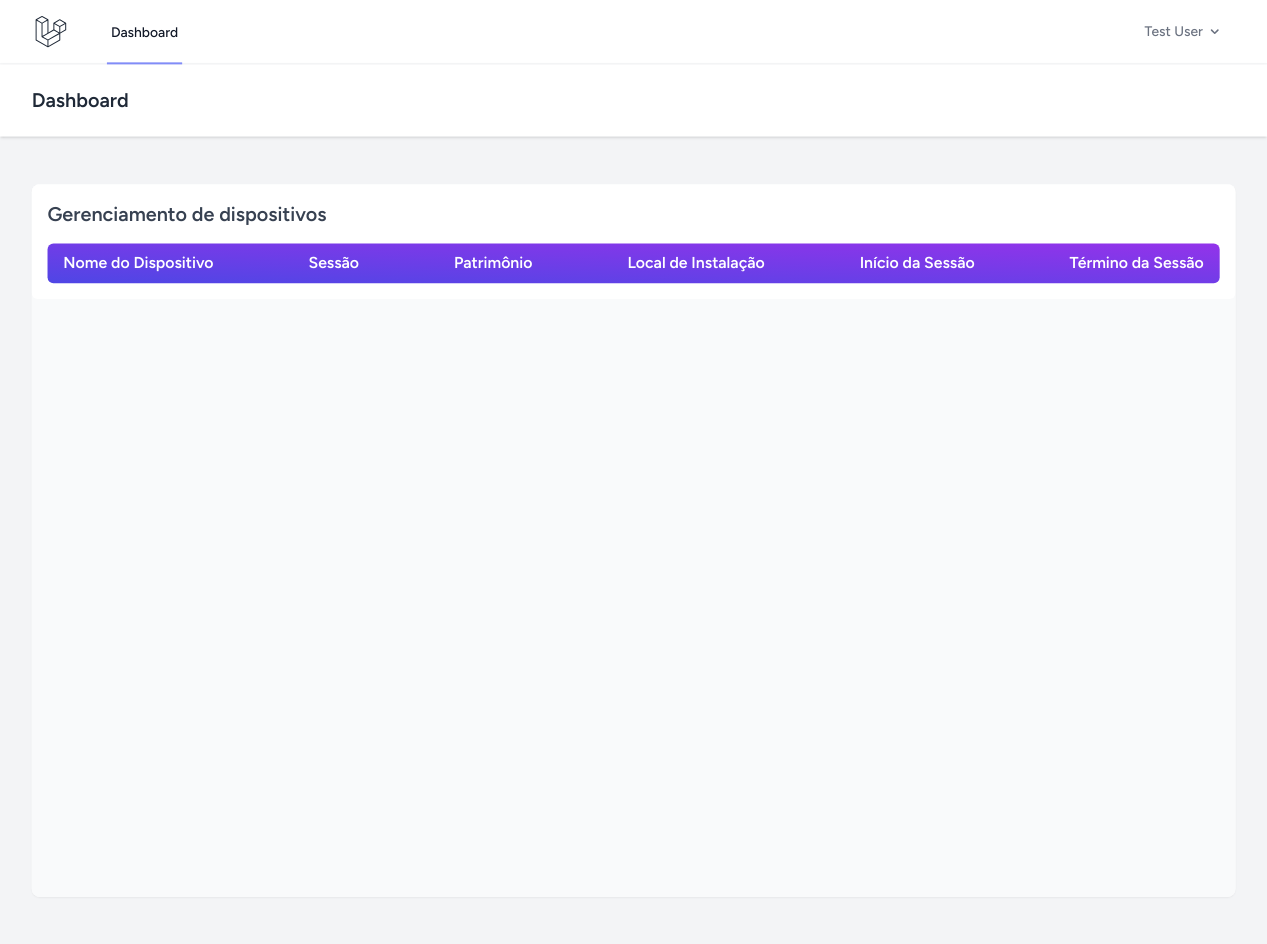
Repository: CrisMorgantee/device-logs
Page: http://localhost/dashboard
An editor plug-in stored every save of this project. The page is shown before and after the next save, followed by the edit.
The browser window is 1280 px wide. The pictures show the whole page, at 99% of full size.
The page is served by the project's Laravel application, run on PHP 8.4 with Laravel 10. A made-up administrator, Test User (test@example.com), is signed in. Other server files are loaded and not shown. Style sheets and scripts are compiled from the project's sources, by tool versions that may differ from the author's. Queries for data that is not in the repository find no rows.

Above is the page before, as saved 2023-04-14 22:36:12.

### routes/web.php
<?php

use App\Http\Controllers\ProfileController;
use App\Http\Controllers\DeviceLogsController;
use Illuminate\Support\Facades\Route;

/*
|--------------------------------------------------------------------------
| Web Routes
|--------------------------------------------------------------------------
|
| Here is where you can register web routes for your application. These
| routes are loaded by the RouteServiceProvider and all of them will
| be assigned to the "web" middleware group. Make something great!
|
*/

Route::get('/', function () {
    return view('auth.login');
});

Route::get('/dashboard', [DeviceLogsController::class, 'index'])->middleware(['auth', 'verified'])->name('dashboard');

Route::middleware('auth')->group(function () {
    Route::get('/profile', [ProfileController::class, 'edit'])->name('profile.edit');
    Route::patch('/profile', [ProfileController::class, 'update'])->name('profile.update');
    Route::delete('/profile', [ProfileController::class, 'destroy'])->name('profile.destroy');
});

require __DIR__.'/auth.php';

### app/Http/Controllers/DeviceLogsController.php
<?php

namespace App\Http\Controllers;

use App\Models\DeviceLogs;
use Illuminate\Http\Request;

class DeviceLogsController extends Controller
{
    /**
     * Display a listing of the resource.
     */
    public function index()
    {
        $logs = DeviceLogs::all();

        return view('dashboard', ['logs' => $logs]);
    }

    /**
     * Show the form for creating a new resource.
     */
    public function create()
    {
        //
    }

    /**
     * Store a newly created resource in storage.
     */
    public function store(Request $request)
    {
        //
    }

    /**
     * Display the specified resource.
     */
    public function show(DeviceLogs $deviceLogs)
    {
        //
    }

    /**
     * Show the form for editing the specified resource.
     */
    public function edit(DeviceLogs $deviceLogs)
    {
        //
    }

    /**
     * Update the specified resource in storage.
     */
    public function update(Request $request, DeviceLogs $deviceLogs)
    {
        //
    }

    /**
     * Remove the specified resource from storage.
     */
    public function destroy(DeviceLogs $deviceLogs)
    {
        //
    }
}

### app/Models/DeviceLogs.php
<?php

namespace App\Models;

use Illuminate\Database\Eloquent\Factories\HasFactory;
use Illuminate\Database\Eloquent\Model;

class DeviceLogs extends Model
{
    use HasFactory;

    public $fillable = [
        'machine_name',
        'session',
        'patrimony',
        'location'
    ];


    protected $dates = [
      'start_session_at',
      'end_session_at'
  ];

}

### resources/views/dashboard.blade.php
<x-app-layout>
  <x-slot name="header">
    <h2 class="text-xl font-semibold leading-tight text-gray-800">
      {{ __('Dashboard') }}
    </h2>
  </x-slot>

  <div class="py-12">
    <div class="mx-auto max-w-7xl sm:px-6 lg:px-8">
      <div class="overflow-hidden bg-white shadow-sm sm:rounded-lg">
        <div class="min-h-screen bg-gray-50">
          <div class="rounded-md bg-white p-4">
            <h2 class="mb-4 text-xl font-bold text-gray-700">Gerenciamento de dispositivos</h2>

            <div
              class="text-md flex justify-between rounded-md bg-gradient-to-tr from-indigo-600 to-purple-600 py-2 px-4 font-bold text-white">
              <div>
                <span>Nome do Dispositivo</span>
              </div>
              <div>
                <span>Sessão</span>
              </div>
              <div>
                <span>Patrimônio</span>
              </div>
              <div>
                <span>Local de Instalação</span>
              </div>
              <div>
                <span>Início da Sessão</span>
              </div>
              <div>
                <span>Término da Sessão</span>
              </div>
            </div>
            <div>
              @foreach ($logs as $deviceLog)
                <div class="mt-4 flex justify-between space-x-4 border-t text-sm font-normal">
                  <div class="flex px-2">
                    <span>{{ $deviceLog->machine_name }}</span>
                  </div>
                  <div>
                    <span>{{ $deviceLog->session }}</span>
                  </div>
                  <div class="px-2">
                    <span>{{ $deviceLog->patrimony }}</span>
                  </div>
                  <div class="px-2">
                    <span>{{ $deviceLog->location }}</span>
                  </div>
                  <div class="px-2">
                    <span>{{ $deviceLog->start_session_at }}</span>
                  </div>
                  <div class="px-2">
                    <span>{{ $deviceLog->end_session_at }}</span>
                  </div>
                </div>
              @endforeach
            </div>
          </div>
        </div>
      </div>
    </div>

</x-app-layout>

Loaded but not shown: app/Providers/AppServiceProvider.php (common file); routes/auth.php (common file); app/Http/Controllers/Auth/EmailVerificationPromptController.php (common file); app/Http/Controllers/Controller.php (common file); app/Http/Controllers/Auth/VerifyEmailController.php (common file); app/Models/User.php (common file); app/View/Components/AppLayout.php (common file); resources/views/layouts/app.blade.php (common file); resources/views/layouts/navigation.blade.php (common file); resources/views/components/application-logo.blade.php (common file); resources/views/components/nav-link.blade.php (common file); resources/views/components/dropdown-link.blade.php (common file); resources/views/components/dropdown.blade.php (common file); resources/views/components/responsive-nav-link.blade.php (common file); resources/css/app.css (common file); tailwind.config.js (common file); resources/js/app.js (common file); resources/js/bootstrap.js (common file)

After the next save:
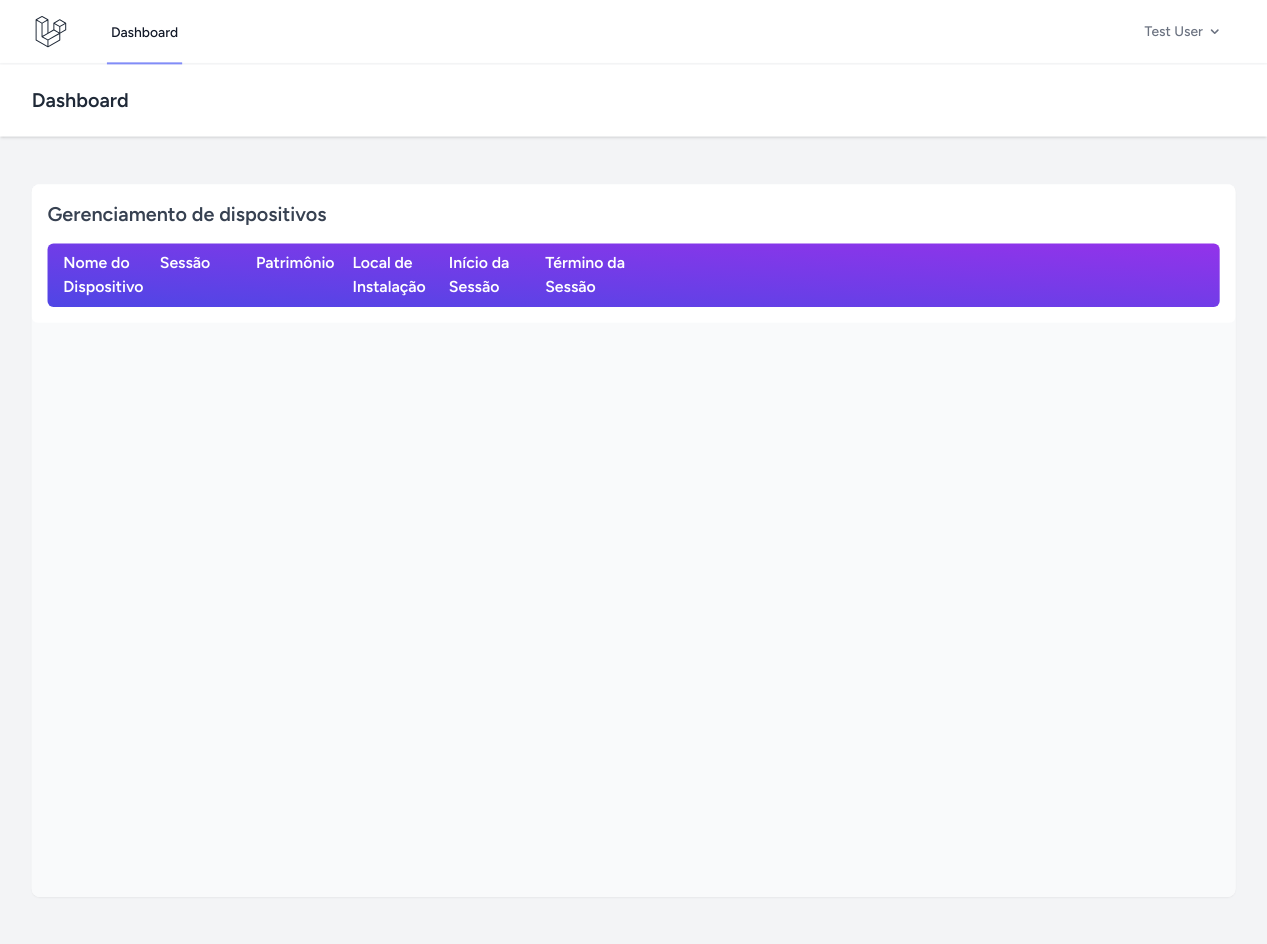
Saved 74 s later.
--- a/resources/views/dashboard.blade.php
+++ b/resources/views/dashboard.blade.php
@@ -13,7 +13,7 @@
             <h2 class="mb-4 text-xl font-bold text-gray-700">Gerenciamento de dispositivos</h2>
 
             <div
-              class="text-md flex justify-between rounded-md bg-gradient-to-tr from-indigo-600 to-purple-600 py-2 px-4 font-bold text-white">
+              class="text-md grid grid-cols-12 gap-4 rounded-md bg-gradient-to-tr from-indigo-600 to-purple-600 py-2 px-4 font-bold text-white">
               <div>
                 <span>Nome do Dispositivo</span>
               </div>
